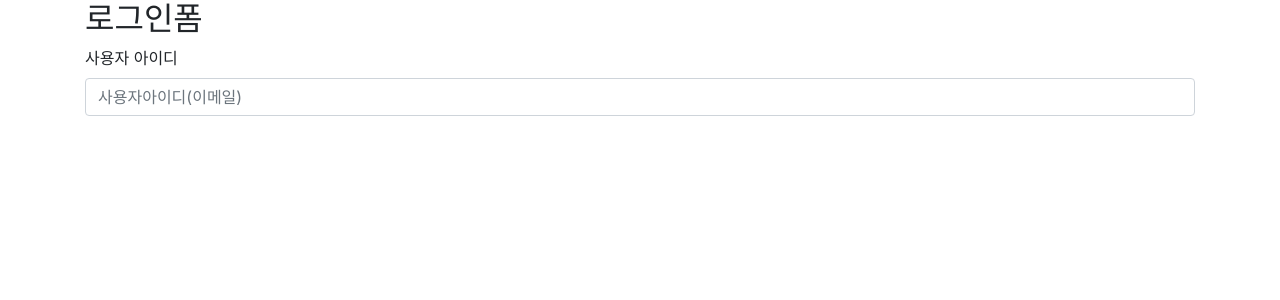
Repository: Junhee1412/front_end_practice
Page: jquery, bootstrap/js05_bootstrap/public/js06_form.html
These files come from the project's save history. The page is drawn as it stood at one moment and after the next save; the edit follows.
The browser window is 1280 px wide. The pictures show the whole page.

Above is the page before, as saved 2022-11-16 02:56:20.

After the next save:
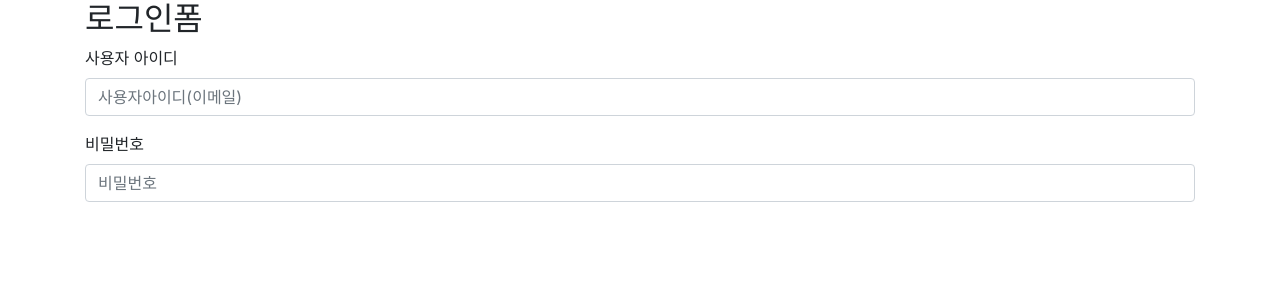
Saved 89 s later.
--- a/jquery, bootstrap/js05_bootstrap/public/js06_form.html
+++ b/jquery, bootstrap/js05_bootstrap/public/js06_form.html
@@ -20,6 +20,10 @@
 				<label for="email">사용자 아이디</label>
 				<input type="email" class="form-control" id="email" name="email" placeholder="사용자아이디(이메일)" />
 			</div>
+			<div class="form-group">
+				<label for="pass">비밀번호</label>
+				<input type="password" class="form-control" id="pass" name="pass" placeholder="비밀번호" />
+			</div>
 		</form>
 	</div>
 </body>
